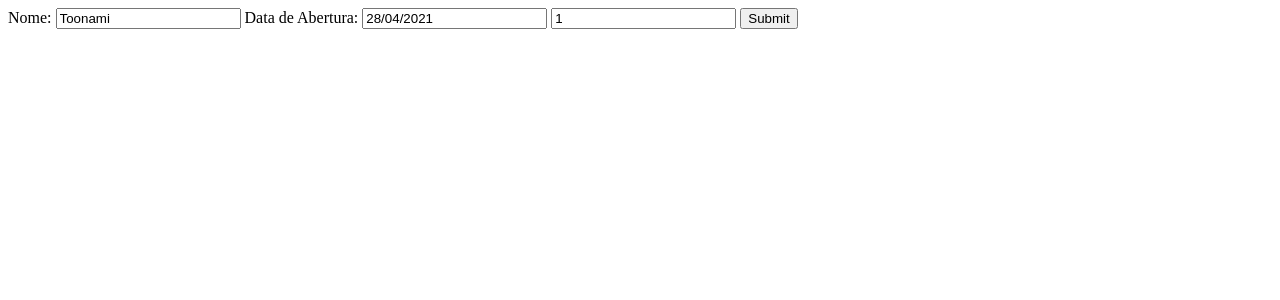
Repository: rodrigo-peddinghausen/java-servelet
Page: http://localhost/gerenciador/mostraEmpresa?id=1
The author's editor kept a copy of each file at every save. The page is drawn from the files as they stood at one save, then again after the next save.
The browser window is 1280 px wide. The pictures show the whole page.
The page is served by Tomcat 9.

Above is the page before, as saved 2021-05-01 17:07:55.

After the next save:
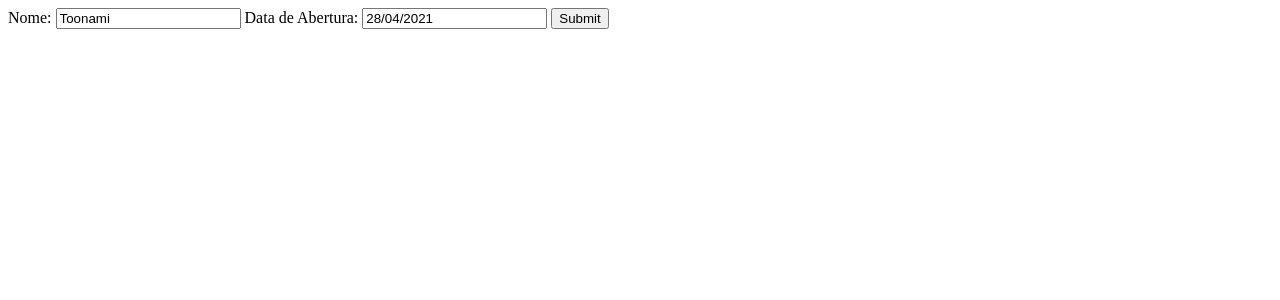
Saved 2 min 3 s later.
--- a/gerenciador/WebContent/formAlteraEmpresa.jsp
+++ b/gerenciador/WebContent/formAlteraEmpresa.jsp
@@ -13,7 +13,7 @@
 	<form action="${ linkServletNovaEmpresa }" method="post"> <!-- O "action" defina a url pra onde vocêe vai enviar a requisição ao subter o formulário. E o "name" é o nome do parametro -->
 		Nome: <input type="text" name="nome" value=${ empresa.nome } />
 		Data de Abertura: <input type="text" name="data" value="<fmt:formatDate value="${ empresa.dataAbertura }" pattern="dd/MM/yyyy"/>"  />
-		<input type="text" name="id" value="${ empresa.id }">
+		<input type="hidden" name="id" value="${ empresa.id }">
 		<input type="submit" />
 	</form>
 </body>
